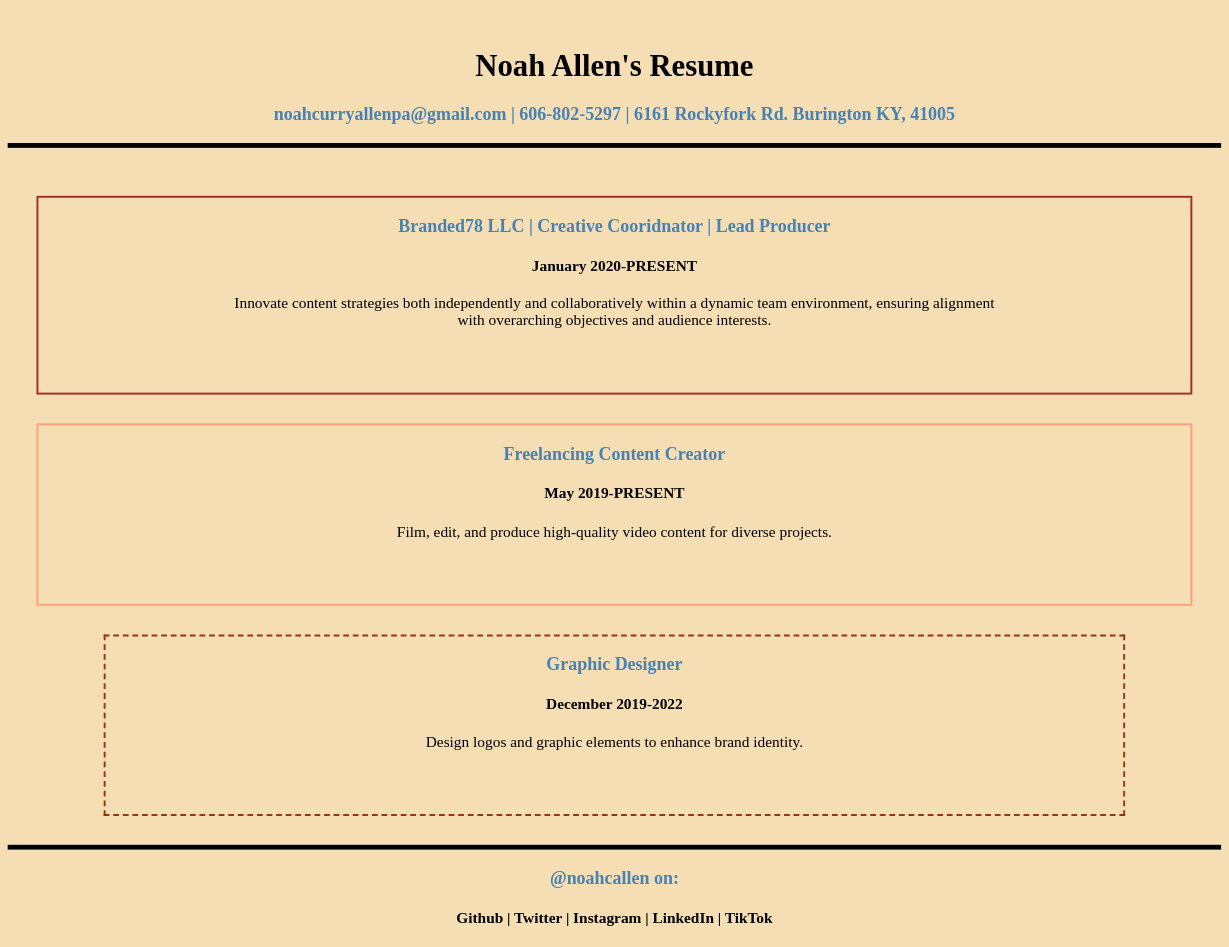
Repository: noahcallen/LAB-HTML-Resume
Page: index.html
The author's editor kept a copy of each file at every save. The page is drawn from the files as they stood at one save, then again after the next save.
The browser window is 1280 px wide. The pictures show the whole page, at 96% of full size.

Above is the page before, as saved 2024-07-08 22:00:14.

### index.html
<!DOCTYPE html>
<html lang="en">
<head>
  <meta charset="UTF-8">
  <meta name="viewport" content="width=device-width, initial-scale=1.0">
  <title>Document</title>
  <link rel="stylesheet" href="main.css">
</head>
<body>

  <div class="HEADER">
  <!--HEADER-->
  <h1>Noah Allen's Resume</h1>
  <h3> noahcurryallenpa@gmail.com | 606-802-5297 | 6161 Rockyfork Rd. Burington KY, 41005</h3>
<!--END HEADER-->
  </div>

  <article id="Job1">
    <h3>Branded78 LLC | Creative Cooridnator | Lead Producer</h3>
    <h4>January 2020-PRESENT</h4>
    <section>
      <p>Innovate content strategies both independently and collaboratively within a dynamic team environment, ensuring alignment with overarching objectives and audience interests.</p>
    </section>
  </article>

  <article id="Job2">
    <h3>Freelancing Content Creator</h3>
    <h4>May 2019-PRESENT</h4>
    <section>
      <p>Film, edit, and produce high-quality video content for diverse projects.</p>
    </section>
  </article>

  <article id="Job3">
    <h3>Graphic Designer</h3>
    <h4>December 2019-2022</h4>
    <section>
      <p>Design logos and graphic elements to enhance brand identity.</p>
    </section>
  </article>

  <div class="FOOTER">
    <!-- FOOTER-->
     <h3>@noahcallen on:</h3>
     <h4>Github | Twitter | Instagram | LinkedIn | TikTok</h4>
    <!-- FOOTER-->
  </div>



  <script src="main.js"></script>
</body>
</html>

### main.css
body {
  background-color: wheat;
  text-align: center;
}

h3 {
  color: steelblue;
}

.HEADER {
  margin: 50px 0px 50px 0px;
  border-bottom: solid 5px black;
}

#Job1 {
  padding: 0px 200px 50px 200px;
  border: solid 2px brown;
  margin: 30px;
}

#Job2 {
  padding: 0px 200px 50px 200px;
  border: double 2px lightsalmon;
  margin: 30px;

}

#Job3 {
  padding: 0px 200px 50px 200px;
  border: dashed 2px rgb(152, 54, 16);
  margin: 30px 100px 30px 100px;
}

.FOOTER {
  border-top: solid 5px black;

}

Loaded but not shown: main.js (no stored copy; drawn as an empty file)

After the next save:
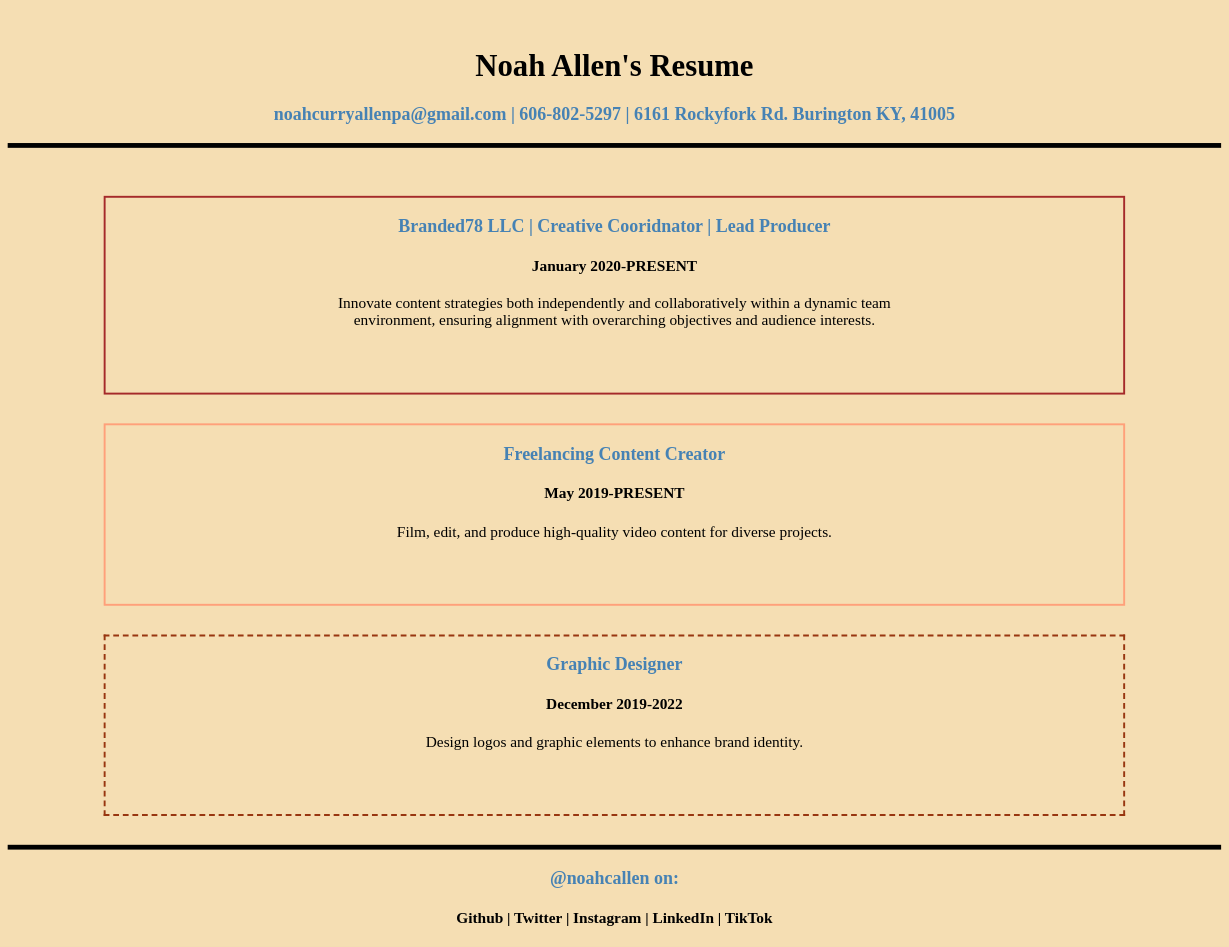
Saved 22 s later.
--- a/main.css
+++ b/main.css
@@ -15,13 +15,13 @@
 #Job1 {
   padding: 0px 200px 50px 200px;
   border: solid 2px brown;
-  margin: 30px;
+  margin: 30px 100px 30px 100px;
 }
 
 #Job2 {
   padding: 0px 200px 50px 200px;
   border: double 2px lightsalmon;
-  margin: 30px;
+  margin: 30px 100px 30px 100px;
 
 }
 
